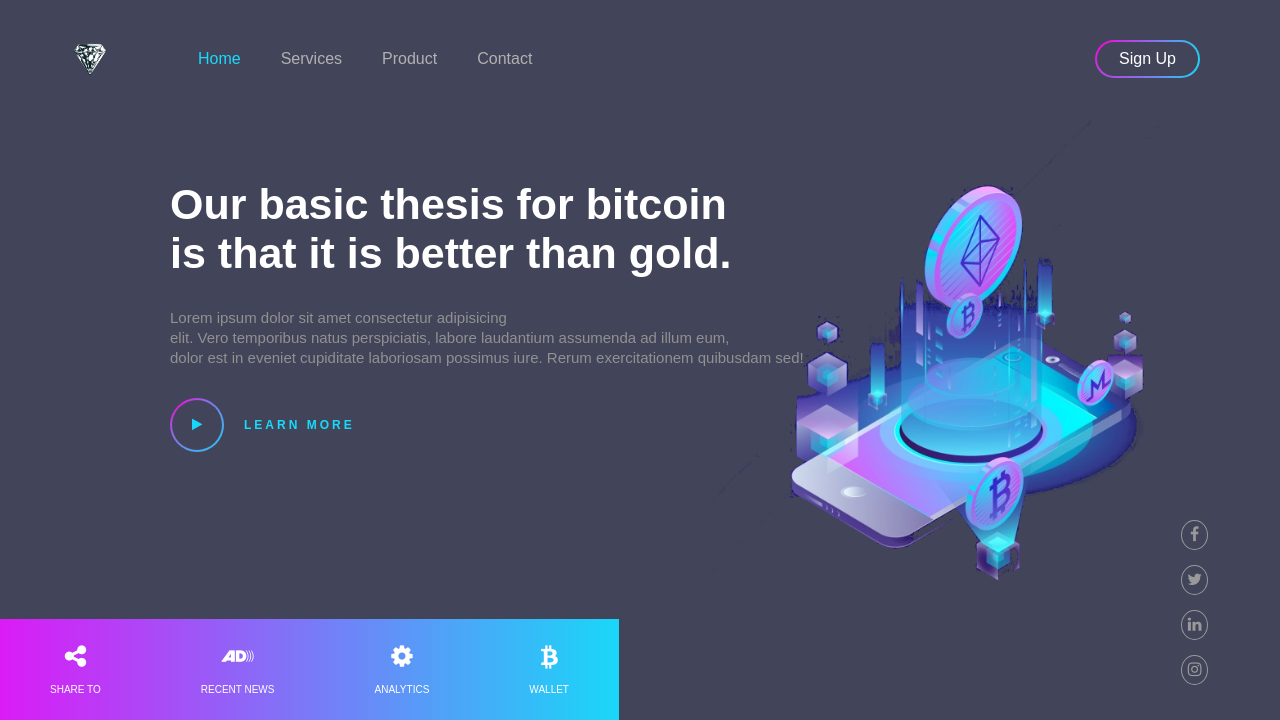
Repository: Aakarshit-Sharma19/Basic-HTML-and-CSS-Page-
Page: index.html
The author's editor kept a copy of each file at every save. The page is drawn from the files as they stood at one save, then again after the next save.
The browser window is 1280 px wide. The pictures show the whole page.
The pointer rests on the first visible `.play-btn`.

Above is the page before, as saved 2020-11-10 17:28:24.

After the next save:
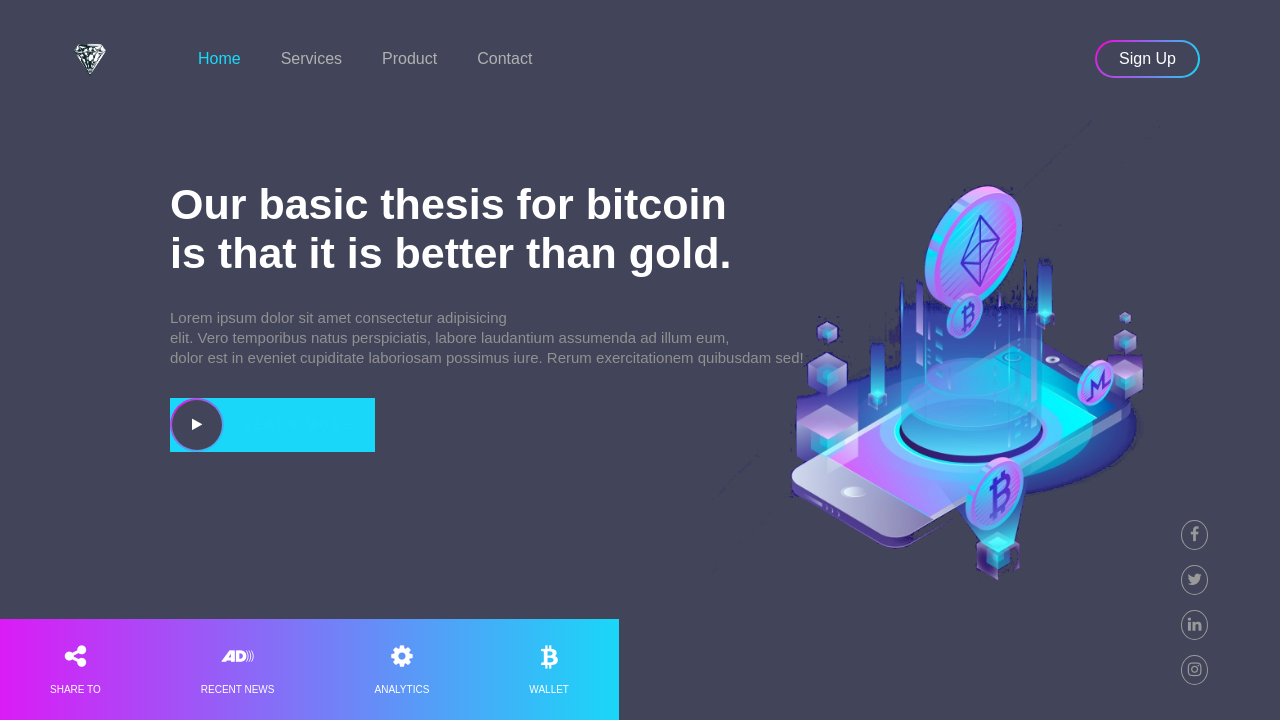
Saved 8 s later.
--- a/style.css
+++ b/style.css
@@ -120,7 +120,7 @@
     cursor: pointer;
 }
 .play-btn:hover{
-    color: #19d7f8;
+    background-color: #19d7f8;
 }
 small{
     margin: auto 20px;

After the save that followed:
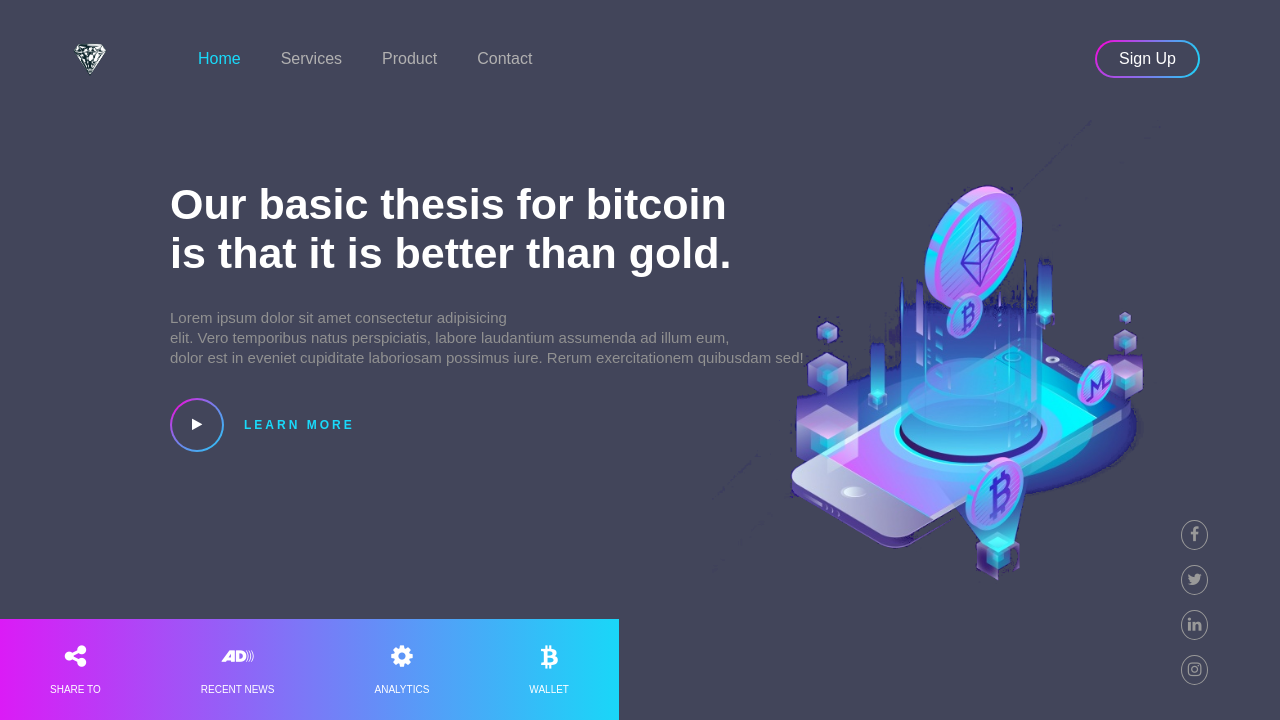
Saved 7 s later.
--- a/style.css
+++ b/style.css
@@ -119,7 +119,7 @@
     font-size: 13px;
     cursor: pointer;
 }
-.play-btn:hover{
+.play-btn-inner:hover{
     background-color: #19d7f8;
 }
 small{
